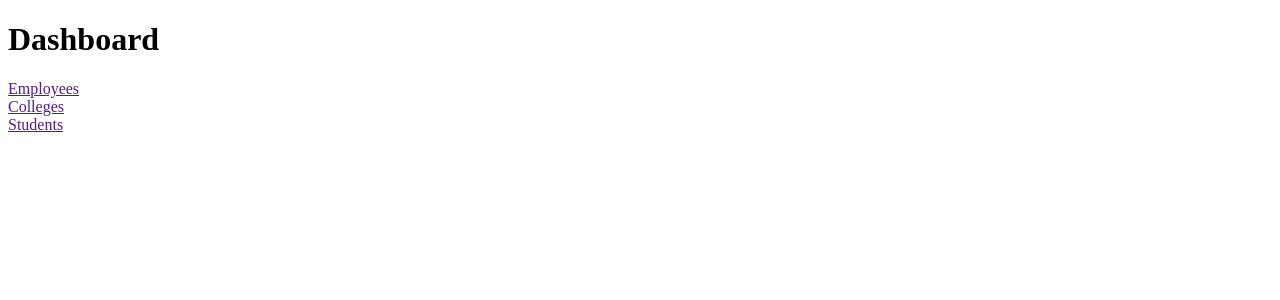
Repository: imtiyaz-hirani/cg-jan-23
Page: http://localhost/MySpringApp/
These files come from the project's save history. The page is drawn as it stood at one moment and after the next save; the edit follows.
The browser window is 1280 px wide. The pictures show the whole page.
The page is served by Tomcat 9.

Above is the page before, as saved 2023-01-11 11:13:51.

After the next save:
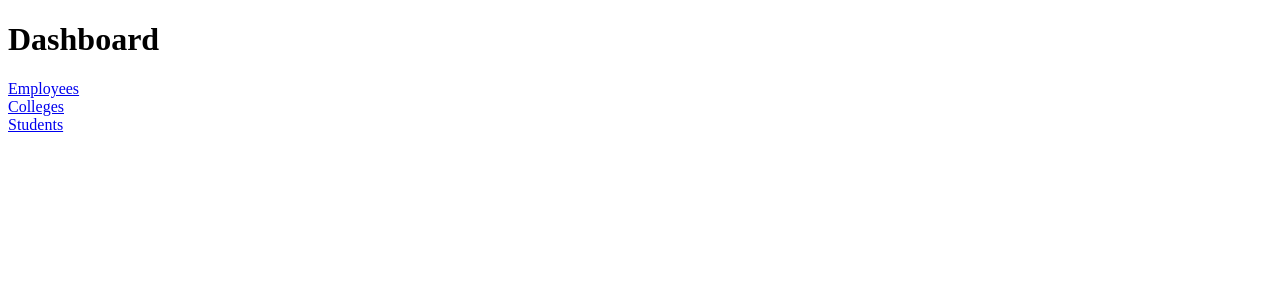
Saved 93 s later.
--- a/MySpringApp/WebContent/WEB-INF/jsps/dashboard.jsp
+++ b/MySpringApp/WebContent/WEB-INF/jsps/dashboard.jsp
@@ -10,9 +10,9 @@
 <h1>Dashboard</h1>
 
 <div>
-	<a href="">Employees</a> <br />
-	<a href="">Colleges</a> <br />
-	<a href="">Students</a> <br />
+	<a href="/employees">Employees</a> <br />
+	<a href="/colleges">Colleges</a> <br />
+	<a href="/students">Students</a> <br />
 </div>
 </body>
 </html>
